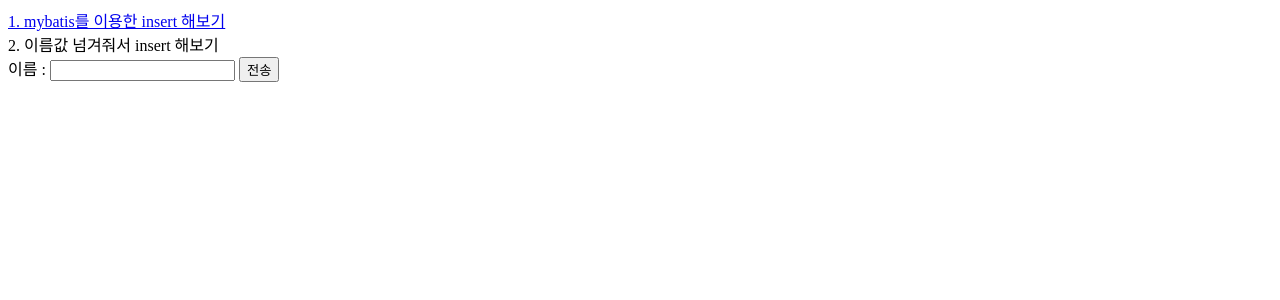
Repository: skosko00/seongmin
Page: webworkspace3/mybatis_01/WebContent/index.html
An editor plug-in stored every save of this project. The page is shown before and after the next save, followed by the edit.
The browser window is 1280 px wide. The pictures show the whole page.

Above is the page before, as saved 2018-06-26 07:57:04.

### webworkspace3/mybatis_01/WebContent/index.html
<!DOCTYPE html>
<html>
<head>
<meta charset="UTF-8">
<title>Insert title here</title>
</head>
<body>
<a href="/mybatisTest1">1. mybatis를 이용한 insert 해보기</a><br>
2. 이름값 넘겨줘서 insert 해보기
<form action="/mybatisTest2" method="post">
이름 : <input type="text" name="studentName"/>
<input type="submit" value="전송"/>
</form>
</body>
</html>

After the next save:
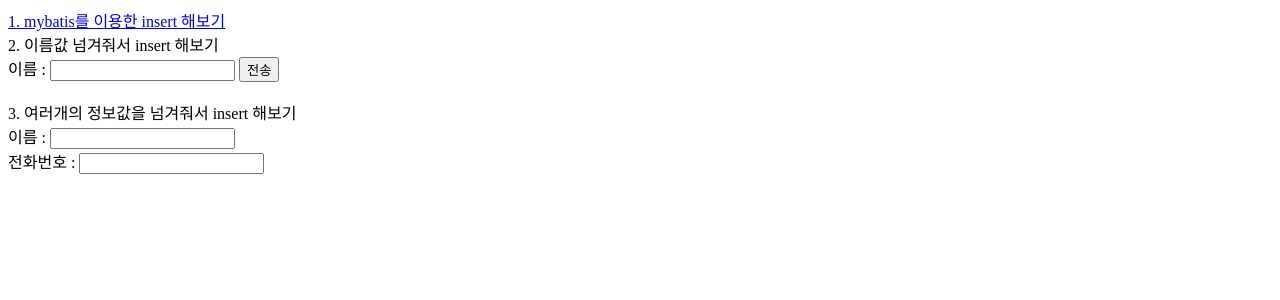
Saved 16 min 4 s later.
--- a/webworkspace3/mybatis_01/WebContent/index.html
+++ b/webworkspace3/mybatis_01/WebContent/index.html
@@ -11,5 +11,11 @@
 이름 : <input type="text" name="studentName"/>
 <input type="submit" value="전송"/>
 </form>
+<br>
+3. 여러개의 정보값을 넘겨줘서 insert 해보기
+<form action="mybatisTest3" method="post">
+이름 : <input type="text" name="studentName"/></br>
+전화번호 : <input type="text" name="studentName"/></br>
+</form>
 </body>
 </html>
